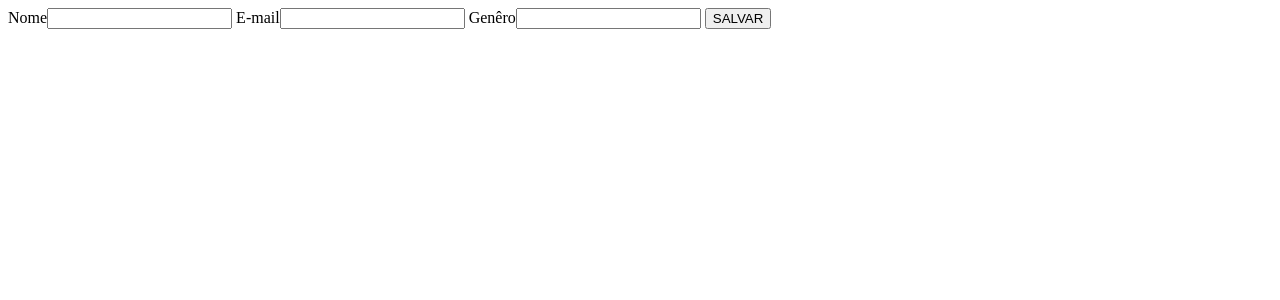
Repository: BrunoFBI/LED-2019
Page: http://localhost/les12015-web/CadastroCliente.jsp
The author's editor kept a copy of each file at every save. The page is drawn from the files as they stood at one save, then again after the next save.
The browser window is 1280 px wide. The pictures show the whole page.
The page is served by Tomcat 9. Other server files are loaded and not shown.

Above is the page before, as saved 2019-02-12 16:44:00.

### les12015-web/WebContent/CadastroCliente.jsp
<%@ page language="java" contentType="text/html; charset=ISO-8859-1"
    pageEncoding="ISO-8859-1"%>
<!DOCTYPE html>
<html>
<head>
<meta charset="ISO-8859-1">
<title>Cadastro de Clientes</title>

</head>
<body>

	<form method="post" action="SalvarCliente">
		Nome<input type="text" id="txtNome" name="txtNome"/>
		E-mail<input type="text" id="txtCpf" name="txtCpf"/>
		Genêro<input type="text" id="txtCpf" name="txtCpf"/>

		<input type="submit" name="operacao" value="SALVAR" id="operacao">
	</form>
</body>
</html>

After the next save:
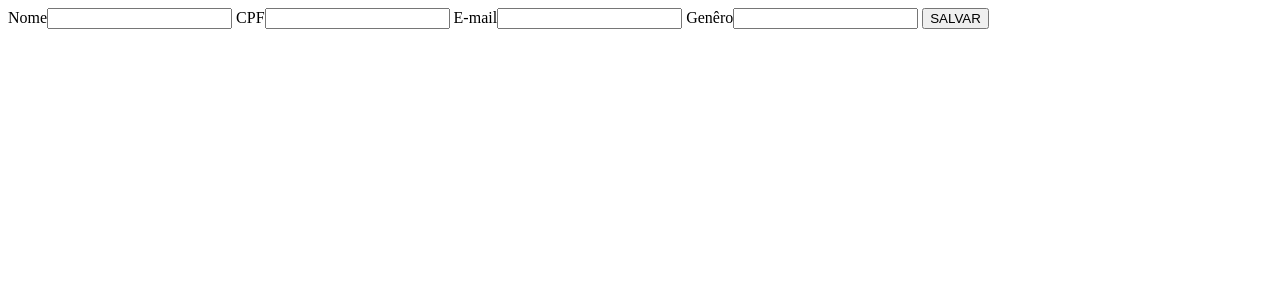
Saved 18 s later.
--- a/les12015-web/WebContent/CadastroCliente.jsp
+++ b/les12015-web/WebContent/CadastroCliente.jsp
@@ -11,6 +11,7 @@
 
 	<form method="post" action="SalvarCliente">
 		Nome<input type="text" id="txtNome" name="txtNome"/>
+		CPF<input type="text" id="txtCpf" name="txtCpf"/>
 		E-mail<input type="text" id="txtCpf" name="txtCpf"/>
 		Genêro<input type="text" id="txtCpf" name="txtCpf"/>
 
